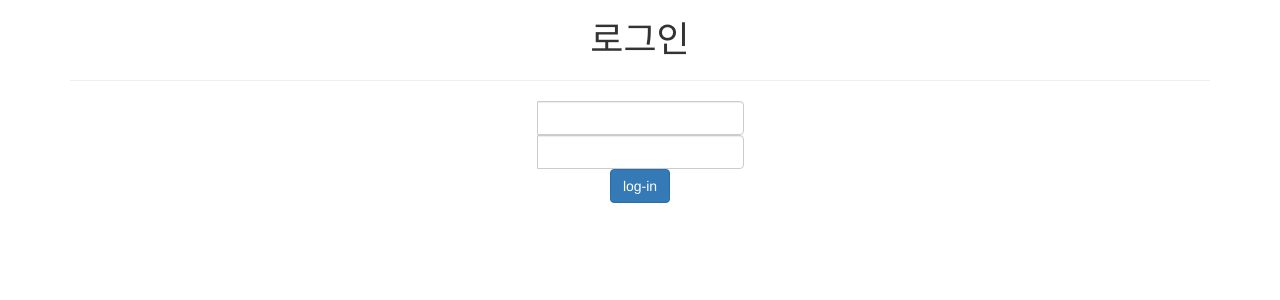
Repository: juhee1020/studying
Page: http://localhost/jsp01_basic/jsp08_session/jsp04_01_loginform.jsp
The author's editor kept a copy of each file at every save. The page is drawn from the files as they stood at one save, then again after the next save.
The browser window is 1280 px wide. The pictures show the whole page.
The page is served by Tomcat 9.

Above is the page before, as saved 2022-12-13 05:37:31.

After the next save:
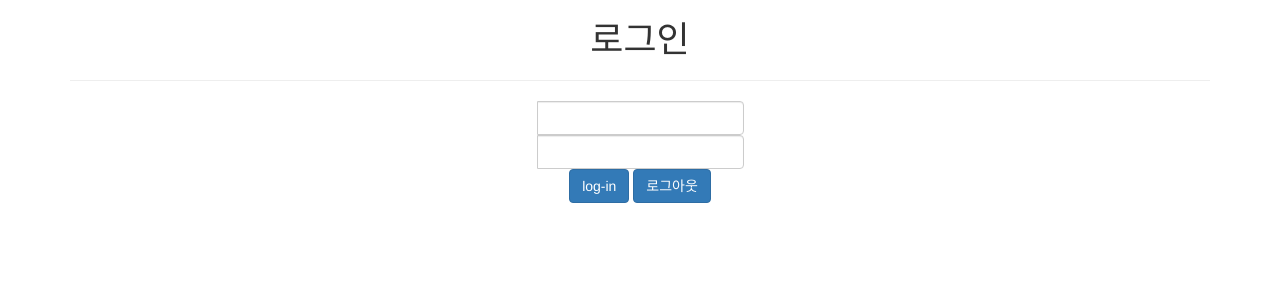
Saved 45 s later.
--- a/JSP/jsp01_basic/WebContent/jsp08_session/jsp04_01_loginform.jsp
+++ b/JSP/jsp01_basic/WebContent/jsp08_session/jsp04_01_loginform.jsp
@@ -27,6 +27,7 @@
 				<input type="password" name="pw" class="form-control"/>
 			</div>
 			<input type="submit" class="btn btn-primary mb-2 mr-2" value="log-in"/>
+			<a href="./jsp04_04_logout.jsp" class="btn btn-primary mb-2 mr-2">로그아웃</a>
 		</form>
 	</div>
 </body>
